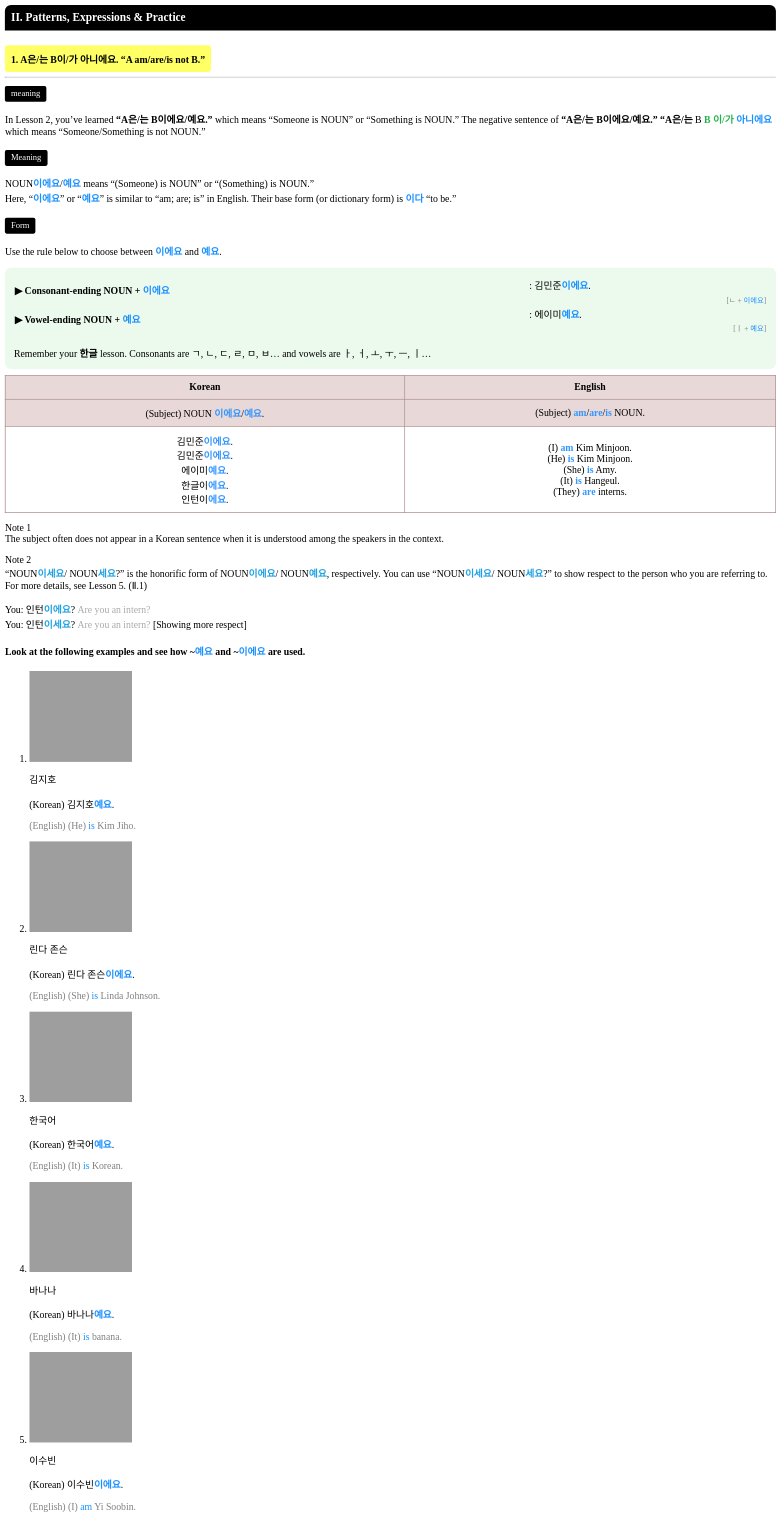
Repository: elliehong89/pineapple-content
Page: 1.anytimekorea/chap3/섹션6.html
These files come from the project's save history. The page is drawn as it stood at one moment and after the next save; the edit follows.
The browser window is 1280 px wide. The pictures show the whole page, at 61% of full size.
Pictures or frames that could not be fetched are drawn as grey boxes.

Above is the page before, as saved 2025-02-19 18:14:22.

### 1.anytimekorea/chap3/섹션6.html
<h3 style="border-top-left-radius: 10px; border-top-right-radius: 10px; color: #ffffff; background-color: #000000; padding: 10px;">
	II. Patterns, Expressions &amp; Practice
</h3>
<div style="background-color: #FFFF66; margin-top:5px; padding: 10px; font-weight: bold; display: inline-block; border-radius: 5px;">
	1. A은/는 B이/가 아니에요. “A am/are/is not B.”
</div>
<hr>
<div style="background-color: black; color: white; display: inline-block; padding: 5px 10px; border-radius: 3px; font-size: 14px; margin-top: 5px;">
    meaning
</div>
<p>In Lesson 2, you’ve learned
    <span style="color: #000; font-weight: bold;">“A은/는 B이에요/예요.”</span>
    which means “Someone is NOUN” or “Something
    is NOUN.” The negative sentence of
    <span style="color: #000; font-weight: bold;">“A은/는 B이에요/예요.”</span>
    <span style="color: #000; font-weight: bold;">“A은/는</span> B
    <span style="color: #23B24B; font-weight: bold;">B 이/가</span>
    <span style="color: #1890FF; font-weight: bold;">아니에요</span>
    which
    means “Someone/Something is not NOUN.”
</p>

<div style="margin-top: 5px; background-color: black; color: white; display: inline-block; padding: 5px 10px; border-radius: 3px; font-size: 14px;">
    Meaning
</div>
<p>NOUN<span style="color: #1890FF; font-weight: bold;">이에요</span>/<span style="color: #1890FF; font-weight: bold;">예요</span> means “(Someone) is NOUN” or “(Something) is NOUN.”<br>Here, “<span style="color: #1890FF; font-weight: bold;">이에요</span>” or “<span style="color: #1890FF; font-weight: bold;">예요</span>” is similar to “am; are; is” in English. Their base form (or dictionary form) is <span style="color: #1890FF; font-weight: bold;">이다</span> “to be.”</p>

<div style="margin-top: 5px; background-color: black; color: white; display: inline-block; padding: 5px 10px; border-radius: 3px; font-size: 14px;">
    Form
</div>
<p>Use the rule below to choose between <span style="color: #1890FF; font-weight: bold;">이에요</span> and <span style="color: #1890FF; font-weight: bold;">예요</span>.</p>
<div style="background-color: #ECF9ED; padding: 15px; border-radius: 10px;">
    <table style="width: 100%; border-collapse: collapse;">
        <tbody>
            <tr>
                <td style="font-weight: bold; padding-bottom: 5px;">▶ Consonant-ending NOUN + <span style="color: #1890FF;"> 이에요</span></td>
                <td style="padding-left: 10px;">
                    <div style="margin-left: 20px;">
                        : 김민준<span style="color: #1890FF; font-weight: bold;">이에요</span>.
                        <div style="color: gray; font-size: 12px; margin-top: 3px; text-align: right;">[ㄴ + <span style="color: #1890FF;">이에요</span>]</div>
                    </div>
                </td>
            </tr>
            <tr>
                <td style="font-weight: bold; padding-bottom: 5px;">▶ Vowel-ending NOUN + <span style="color: #1890FF;">예요</span></td>
                <td style="padding-left: 10px;">
                    <div style="margin-left: 20px;">
                        : 에이미<span style="color: #1890FF; font-weight: bold;">예요</span>.
                        <div style="color: gray; font-size: 12px; margin-top: 3px; text-align: right;">[ㅣ + <span style="color: #1890FF;">예요</span>]</div>
                    </div>
                </td>
            </tr>
        </tbody>
    </table>
    <br>
    Remember your <span style="font-weight: bold;">한글</span> lesson. Consonants are ㄱ, ㄴ, ㄷ, ㄹ, ㅁ, ㅂ… and vowels are ㅏ, ㅓ, ㅗ, ㅜ, ㅡ, ㅣ…
</div>

<div style="padding-top: 10px; border-radius: 10px;">
    <table style="width: 100%; border-collapse: collapse; background-color: #e8d8d8; border: 1px solid #a68585; ">
        <tbody>
            <tr>
                <td style="border: 1px solid #a68585; padding: 10px; text-align: center;"><strong>Korean</strong></td>
                <td style="border: 1px solid #a68585; padding: 10px; text-align: center;"><strong>English</strong></td>
            </tr>
            <tr>
                <td style="border: 1px solid #a68585; padding: 10px; text-align: center;">
                    (Subject) NOUN <span style="color: #3396ff; font-weight: bold;">이에요</span>/<span style="color: #3396ff; font-weight: bold;">예요</span>.
                </td>
                <td style="border: 1px solid #a68585; padding: 10px; text-align: center;">
                    (Subject) <span style="color: #3396ff; font-weight: bold;">am</span>/<span style="color: #3396ff; font-weight: bold;">are</span>/<span style="color: #3396ff; font-weight: bold;">is</span> NOUN.
                </td>
            </tr>
            <tr>
                <td style="background-color: #ffffff; border: 1px solid #a68585; padding: 10px; text-align: center;">
                    김민준<span style="color: #3396ff; font-weight: bold;">이에요</span>.<br>
                    김민준<span style="color: #3396ff; font-weight: bold;">이에요</span>.<br>
                    에이미<span style="color: #3396ff; font-weight: bold;">예요</span>.<br>
                    한글이<span style="color: #3396ff; font-weight: bold;">에요</span>.<br>
                    인턴이<span style="color: #3396ff; font-weight: bold;">에요</span>.
                </td>
                <td style="background-color: #ffffff; border: 1px solid #a68585; padding: 10px; text-align: center;">
                    (I) <span style="color: #3396ff; font-weight: bold;">am</span> Kim Minjoon.<br>
                    (He) <span style="color: #3396ff; font-weight: bold;">is</span> Kim Minjoon.<br>
                    (She) <span style="color: #3396ff; font-weight: bold;">is</span> Amy.<br>
                    (It) <span style="color: #3396ff; font-weight: bold;">is</span> Hangeul.<br>
                    (They) <span style="color: #3396ff; font-weight: bold;">are</span> interns.
                </td>
            </tr>
        </tbody>
    </table>
</div>

<div class="background_image">
    <p>Note 1<br>The subject often does not appear in a Korean sentence when it is understood among the speakers in the context.</p>
</div>
<div class="background_image">
    <p>Note 2<br>“NOUN<strong><span style="color: #1fa1e3;">이세요</span></strong>/ NOUN<span style="color: #1fa1e3;"><strong>세요</strong></span>?” is the honorific form of NOUN<span style="color: #1fa1e3;"><strong>이에요</strong></span>/ NOUN<span style="color: #1fa1e3;"><strong>예요</strong></span>, respectively. You can use “NOUN<span style="color: #1fa1e3;"><strong>이세요</strong></span>/ NOUN<span style="color: #1fa1e3;"><strong>세요</strong></span>?” to show respect to the person who you are referring to. For more details, see Lesson 5. (Ⅱ.1)</p>
    <p>You: 인턴<span style="color: #1fa1e3;"><strong>이에요</strong></span>? <span style="color: #aba9a9;">Are you an intern?</span><br>You: 인턴<span style="color: #1fa1e3;"><strong>이세요</strong></span>? <span style="color: #aba9a9;">Are you an intern?</span> [Showing more respect]</p>
</div>

<h4>Look at the following examples and see how ~<span style="color: #1890FF;">예요</span> and ~<span style="color: #1890FF;">이에요</span> are used.</h4>
<ol>
    <li>
        <p><img alt="김지호" height="149" src="http://api.pineapple.ac:80/textbook/textbookContents/images/9781635190151/9be83f09-9541-4a58-8665-4bd77b7334d3.png" width="169"></p>
        <p class="caption">김지호</p>
        <p>(Korean) 김지호<span style="color: #1890FF; font-weight: bold;">예요</span>.</p>
        <p style="color: gray;">(English) (He) <span style="color: #1890FF;">is</span> Kim Jiho.</p>
    </li>
    <li>
        <p><img alt="린다 존슨" height="149" src="http://api.pineapple.ac:80/textbook/textbookContents/images/9781635190151/9be83f09-9541-4a58-8665-4bd77b7334d3.png" width="169"></p>
        <p class="caption">린다 존슨</p>
        <p>(Korean) 린다 존슨<span style="color: #1890FF; font-weight: bold;">이에요</span>.</p>
        <p style="color: gray;">(English) (She) <span style="color: #1890FF;">is</span> Linda Johnson.</p>
    </li>
    <li>
        <p><img alt="한국어" height="149" src="http://api.pineapple.ac:80/textbook/textbookContents/images/9781635190151/9be83f09-9541-4a58-8665-4bd77b7334d3.png" width="169"></p>
        <p class="caption">한국어</p>
        <p>(Korean) 한국어<span style="color: #1890FF; font-weight: bold;">예요</span>.</p>
        <p style="color: gray;">(English) (It) <span style="color: #1890FF;">is</span> Korean.</p>
    </li>
    <li>
        <p><img alt="바나나" height="149" src="http://api.pineapple.ac:80/textbook/textbookContents/images/9781635190151/9be83f09-9541-4a58-8665-4bd77b7334d3.png" width="169"></p>
        <p class="caption">바나나</p>
        <p>(Korean) 바나나<span style="color: #1890FF;"><strong>예요</strong></span>.</p>
        <p style="color: gray;">(English) (It) <span style="color: #1890FF;">is</span> banana.</p>
    </li>
    <li>
        <p><img alt="이수빈" height="149" src="http://api.pineapple.ac:80/textbook/textbookContents/images/9781635190151/9be83f09-9541-4a58-8665-4bd77b7334d3.png" width="169"></p>
        <p class="caption">이수빈</p>
        <p>(Korean) 이수빈<span style="color: #1890FF;"><strong>이에요</strong></span>.</p>
        <p style="color: gray;">(English) (I) <span style="color: #1890FF;">am</span> Yi Soobin.</p>
    </li>
</ol>

After the next save:
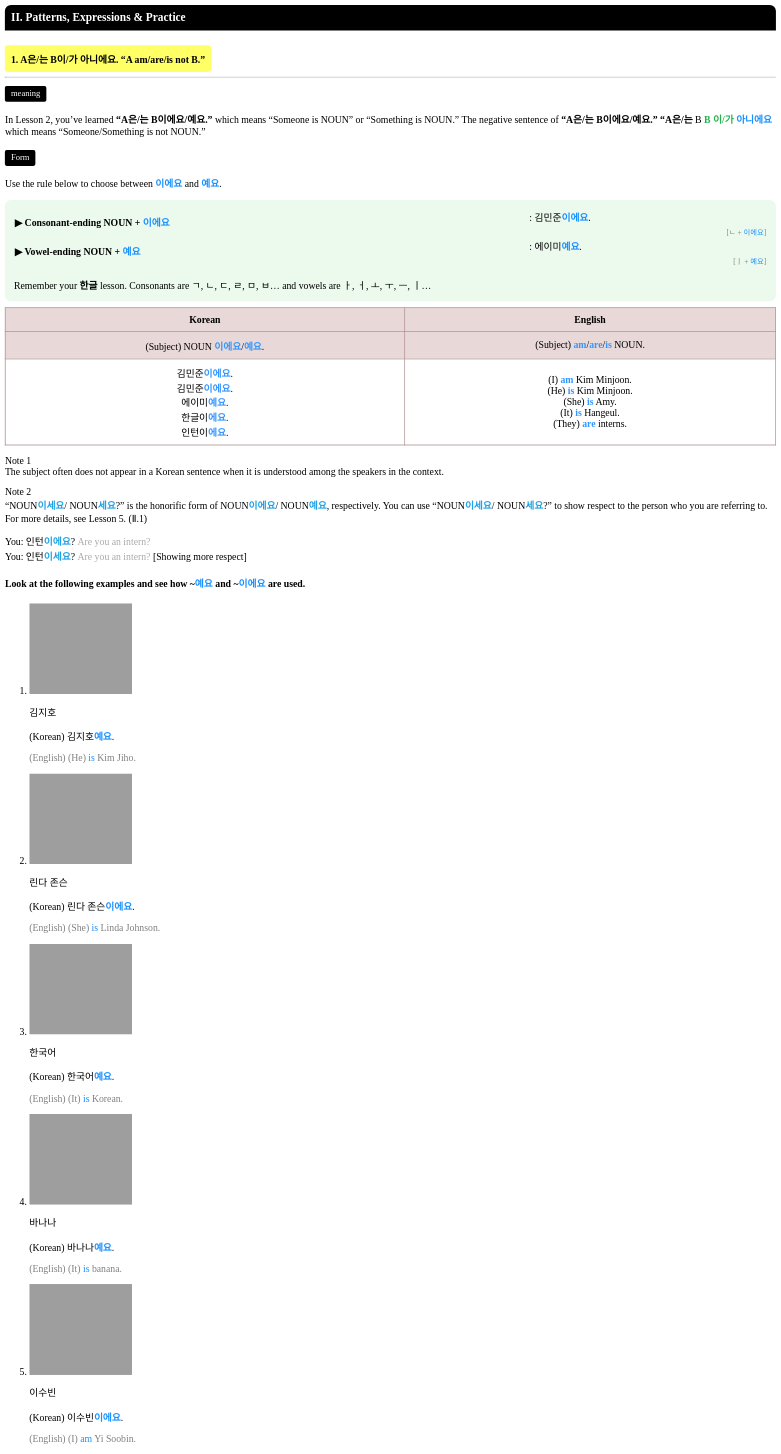
Saved 60 s later.
--- a/1.anytimekorea/chap3/섹션6.html
+++ b/1.anytimekorea/chap3/섹션6.html
@@ -20,10 +20,6 @@
     means “Someone/Something is not NOUN.”
 </p>
 
-<div style="margin-top: 5px; background-color: black; color: white; display: inline-block; padding: 5px 10px; border-radius: 3px; font-size: 14px;">
-    Meaning
-</div>
-<p>NOUN<span style="color: #1890FF; font-weight: bold;">이에요</span>/<span style="color: #1890FF; font-weight: bold;">예요</span> means “(Someone) is NOUN” or “(Something) is NOUN.”<br>Here, “<span style="color: #1890FF; font-weight: bold;">이에요</span>” or “<span style="color: #1890FF; font-weight: bold;">예요</span>” is similar to “am; are; is” in English. Their base form (or dictionary form) is <span style="color: #1890FF; font-weight: bold;">이다</span> “to be.”</p>
 
 <div style="margin-top: 5px; background-color: black; color: white; display: inline-block; padding: 5px 10px; border-radius: 3px; font-size: 14px;">
     Form
